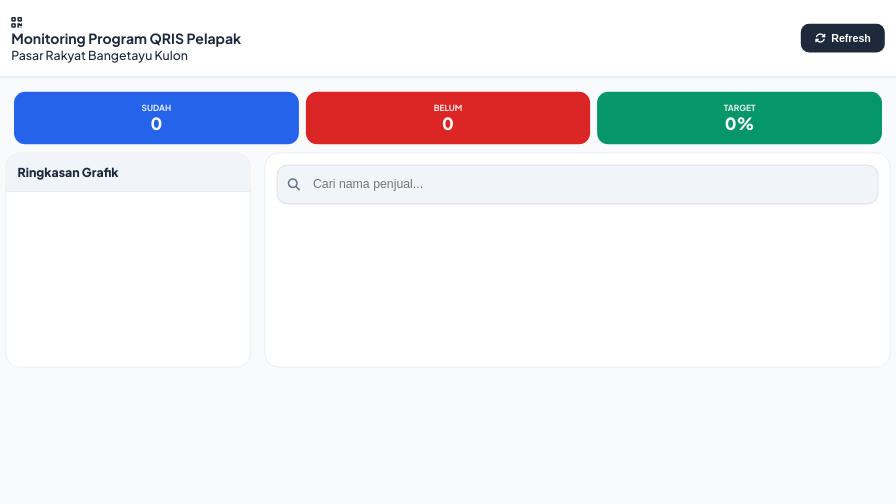
Repository: pasarrakyatbak/monitoringqrispelapak
Page: qris.html
An editor plug-in stored every save of this project. The page is shown before and after the next save, followed by the edit.
The browser window is 1280 px wide. The pictures show the part of the page from y = 0 to 1920 px (the page is 720 px tall before and 3094 px after), at 70% of full size.
The page's requests for data from a server got no answer.

Above is the page before, as saved 2026-01-06 19:38:17.

### qris.html
<!DOCTYPE html>
<html lang="id">

<head>
    <meta charset="UTF-8">
    <meta name="viewport" content="width=device-width, initial-scale=1.0, maximum-scale=1.0">
    <title>Monitoring QRIS - Pelapak</title>
    <link href="https://fonts.googleapis.com/css2?family=Plus+Jakarta+Sans:wght@500;700;800&display=swap"
        rel="stylesheet">
    <link rel="stylesheet" href="https://cdnjs.cloudflare.com/ajax/libs/font-awesome/6.4.0/css/all.min.css">
    <link rel="stylesheet" href="qris.css">
    <script src="https://cdn.jsdelivr.net/npm/chart.js"></script>
</head>

<body>

    <div id="loading-overlay" class="overlay">
        <div class="loader-box">
            <i class="fas fa-circle-notch fa-spin"></i>
            <p>Memuat Data...</p>
        </div>
    </div>

    <div class="app-shell">
        <header class="top-nav">
            <div class="brand">
                <i class="fas fa-qrcode"></i>
                <div>
                    <h1>Monitoring Program QRIS Pelapak</h1>
                    <p>Pasar Rakyat Bangetayu Kulon</p>
                </div>
            </div>
            <button class="refresh-btn" onclick="refreshData()" title="Segarkan Data">
                <i class="fas fa-sync-alt"></i> <span>Refresh</span>
            </button>
        </header>

        <main class="main-content">
            <div class="stat-grid">
                <div class="s-card blue">
                    <p>SUDAH</p>
                    <h3 id="jmlSudah">0</h3>
                </div>
                <div class="s-card rose">
                    <p>BELUM</p>
                    <h3 id="jmlBelum">0</h3>
                </div>
                <div class="s-card emerald">
                    <p>TARGET</p>
                    <h3 id="persenQRIS">0%</h3>
                </div>
            </div>

            <div class="dashboard-layout">
                <section class="panel chart-panel">
                    <div class="panel-header">Ringkasan Grafik</div>
                    <div class="chart-container">
                        <canvas id="chartQRIS"></canvas>
                    </div>
                </section>

                <section class="panel list-panel">
                    <div class="search-bar">
                        <div class="input-group">
                            <i class="fas fa-search"></i>
                            <input type="text" id="searchLapak" placeholder="Cari nama penjual..."
                                onkeyup="filterLapak()">
                        </div>
                    </div>

                    <div id="data-container">
                        <div id="listPelapak" class="list-pelapak"></div>
                    </div>
                </section>
            </div>
        </main>
    </div>

    <div id="toast" class="toast">Data Berhasil Disimpan!</div>

    <script src="qris.js"></script>
</body>

</html>

### qris.css
:root {
    --primary: #2563eb;
    --emerald: #059669;
    --rose: #dc2626;
    --slate-800: #1e293b;
    --white: #ffffff;
    /* Ukuran teks proporsional untuk orang tua */
    --text-xl: 1.5rem;
    /* 24px */
    --text-lg: 1.25rem;
    /* 20px */
    --text-base: 1.1rem;
    /* 18px - Standar teks orang tua */
    --text-sm: 0.95rem;
    /* 15px */
}

* {
    margin: 0;
    padding: 0;
    box-sizing: border-box;
}

body {
    font-family: 'Plus Jakarta Sans', sans-serif;
    background: #f8fafc;
    color: var(--slate-800);
    font-size: var(--text-base);
    /* Default teks besar */
}

/* Loading Overlay Full Screen */
.overlay {
    position: fixed;
    top: 0;
    left: 0;
    width: 100%;
    height: 100%;
    background: rgba(255, 255, 255, 0.9);
    display: flex;
    justify-content: center;
    align-items: center;
    z-index: 9999;
}

.loader-box {
    text-align: center;
    color: var(--primary);
}

.loader-box i {
    font-size: 3rem;
    margin-bottom: 15px;
}

.loader-box p {
    font-weight: 700;
    font-size: var(--text-lg);
}

/* Header & Refresh */
.top-nav {
    display: flex;
    justify-content: space-between;
    align-items: center;
    padding: 20px 16px;
    background: var(--white);
    border-bottom: 2px solid #e2e8f0;
    top: 0;
    z-index: 100;
}

.brand h1 {
    font-size: var(--text-lg);
}

.refresh-btn {
    padding: 12px 20px;
    border-radius: 12px;
    border: none;
    background: var(--slate-800);
    color: white;
    font-weight: 700;
    font-size: var(--text-sm);
    cursor: pointer;
    display: flex;
    align-items: center;
    gap: 8px;
}

/* Stats */
.stat-grid {
    display: grid;
    grid-template-columns: repeat(3, 1fr);
    gap: 10px;
    padding: 12px;
}

.s-card {
    padding: 15px 5px;
    border-radius: 16px;
    text-align: center;
    color: white;
}

.s-card.blue {
    background: #2563eb;
}

.s-card.rose {
    background: #dc2626;
}

.s-card.emerald {
    background: #059669;
}

.s-card h3 {
    font-size: var(--text-xl);
    font-weight: 800;
}

.s-card p {
    font-size: 0.75rem;
    font-weight: 700;
    opacity: 0.9;
}

/* Dashboard Layout */
.main-content {
    padding: 8px;
}

.panel {
    background: white;
    border-radius: 20px;
    border: 1px solid #e2e8f0;
    margin-bottom: 16px;
    overflow: hidden;
}

.panel-header {
    padding: 16px;
    font-weight: 800;
    border-bottom: 1px solid #e2e8f0;
    background: #f1f5f9;
}

/* Card Style for List (Pengganti Table agar tidak geser kanan-kiri) */
.list-pelapak {
    display: flex;
    flex-direction: column;
    gap: 12px;
    padding: 12px;
}

.pelapak-item {
    background: #fff;
    border: 2px solid #f1f5f9;
    padding: 20px;
    border-radius: 18px;
    box-shadow: 0 4px 6px -1px rgba(0, 0, 0, 0.05);
}

.p-name {
    font-size: var(--text-lg);
    font-weight: 700;
    margin-bottom: 15px;
    color: var(--primary);
    display: block;
}

/* Input & Select Besar */
.label-hint {
    display: block;
    font-size: 0.85rem;
    color: #64748b;
    margin-bottom: 6px;
    font-weight: 700;
}

.input-big {
    width: 100%;
    padding: 14px;
    border-radius: 12px;
    border: 2px solid #cbd5e1;
    font-size: var(--text-base);
    margin-bottom: 16px;
    outline: none;
}

.input-big:focus {
    border-color: var(--primary);
}

.btn-simpan {
    width: 100%;
    padding: 16px;
    border-radius: 12px;
    background: var(--primary);
    color: white;
    border: none;
    font-size: var(--text-base);
    font-weight: 800;
    cursor: pointer;
    box-shadow: 0 4px 0 #1e40af;
    /* Efek 3D agar jelas itu tombol */
}

.btn-simpan:active {
    transform: translateY(2px);
    box-shadow: none;
}

.btn-simpan:disabled {
    background: #94a3b8;
    box-shadow: none;
}

/* Search Bar Besar */
.search-bar {
    padding: 16px;
}

.input-group {
    position: relative;
}

.input-group i {
    position: absolute;
    left: 16px;
    top: 50%;
    transform: translateY(-50%);
    color: #64748b;
}

.input-group input {
    width: 100%;
    padding: 16px 16px 16px 50px;
    border-radius: 15px;
    border: 2px solid #e2e8f0;
    font-size: var(--text-base);
    background: #f1f5f9;
}

/* Toast */
.toast {
    position: fixed;
    bottom: 30px;
    left: 50%;
    transform: translateX(-50%);
    background: #1e293b;
    color: white;
    padding: 15px 30px;
    border-radius: 50px;
    font-weight: 700;
    display: none;
    z-index: 10000;
}

/* Grafik Height */
.chart-container {
    height: 250px;
    padding: 16px;
}

@media (min-width: 800px) {
    .dashboard-layout {
        display: grid;
        grid-template-columns: 350px 1fr;
        gap: 20px;
    }

    .list-pelapak {
        display: grid;
        grid-template-columns: 1fr 1fr;
        gap: 16px;
    }
}

### qris.js
const API_URL = "https://script.google.com/macros/s/AKfycby4z2qZ24SrJkcyGpybH29lSUC_3_z1LG-7wSmTzpaOEXrwjXf0Cl3hqkg95qAxPj1-/exec";

let masterData = [];
let chartInstance;

// Fungsi Menampilkan/Sembunyikan Loading Utama
function toggleLoader(show) {
    document.getElementById("loading-overlay").style.display = show ? "flex" : "none";
}

async function init() {
    toggleLoader(true);
    try {
        await Promise.all([fetchData(), fetchStats()]);
    } catch (e) {
        alert("Gagal memuat data. Periksa koneksi internet.");
    } finally {
        toggleLoader(false);
    }
}

async function refreshData() {
    await init();
}

async function fetchData() {
    const res = await fetch(`${API_URL}?action=listQRIS`);
    const json = await res.json();
    masterData = json.data;
    renderData(masterData);
}

async function fetchStats() {
    const res = await fetch(`${API_URL}?action=statistikQRIS`);
    const d = await res.json();

    document.getElementById("jmlSudah").innerText = d.sudah;
    document.getElementById("jmlBelum").innerText = d.belum;
    const p = Math.round((d.sudah / d.totalPelapak) * 100) || 0;
    document.getElementById("persenQRIS").innerText = p + "%";

    drawChart(d.sudah, d.belum);
}

// Render data menggunakan format KARTU (bukan tabel) agar tidak geser kanan kiri
function renderData(data) {
    const container = document.getElementById("listPelapak");
    if (data.length === 0) {
        container.innerHTML = `<p style="text-align:center; padding:20px;">Nama tidak ditemukan...</p>`;
        return;
    }

    container.innerHTML = data.map(d => `
        <div class="pelapak-item">
            <span class="p-name">${d.no}. ${d.nama}</span>

            <label class="label-hint">Nomor Lapak:</label>
            <input type="text" class="input-big" id="lapak-${d.no}" value="${d.nomorLapak || ''}" placeholder="Contoh: A-01">

            <label class="label-hint">Status Pengambilan QRIS:</label>
            <select class="input-big" id="status-${d.no}">
                <option value="Belum" ${d.statusQRIS === 'Belum' ? 'selected' : ''}>❌ BELUM AMBIL QRIS</option>
                <option value="Sudah" ${d.statusQRIS === 'Sudah' ? 'selected' : ''}>✅ SUDAH AMBIL QRIS</option>
            </select>

            <button class="btn-simpan" id="btn-${d.no}" onclick="updateData(${d.no})">
                <i class="fas fa-save"></i> SIMPAN PERUBAHAN
            </button>
        </div>
    `).join('');
}

async function updateData(no) {
    const btn = document.getElementById(`btn-${no}`);
    const lp = document.getElementById(`lapak-${no}`).value;
    const st = document.getElementById(`status-${no}`).value;

    // Loading pada tombol
    const originalText = btn.innerHTML;
    btn.disabled = true;
    btn.innerHTML = `<i class="fas fa-spinner fa-spin"></i> MENYIMPAN...`;

    try {
        await fetch(`${API_URL}?action=updateQRISPelapak&no=${no}&nomorLapak=${encodeURIComponent(lp)}&statusQRIS=${st}`, { method: "POST" });
        showToast();
        await Promise.all([fetchData(), fetchStats()]); // Refresh data tanpa overlay full
    } catch (e) {
        alert("Gagal menyimpan data.");
    } finally {
        btn.disabled = false;
        btn.innerHTML = originalText;
    }
}

function drawChart(s, b) {
    const ctx = document.getElementById("chartQRIS");
    if (chartInstance) chartInstance.destroy();

    chartInstance = new Chart(ctx, {
        type: 'doughnut',
        data: {
            labels: ['Sudah', 'Belum'],
            datasets: [{
                data: [s, b],
                backgroundColor: ['#2563eb', '#f43f5e'],
                borderWidth: 0
            }]
        },
        options: {
            maintainAspectRatio: false,
            plugins: {
                legend: {
                    position: 'bottom',
                    labels: { font: { size: 14, weight: 'bold', family: 'Plus Jakarta Sans' }, padding: 20 }
                }
            }
        }
    });
}

function filterLapak() {
    const val = document.getElementById("searchLapak").value.toLowerCase();
    const filtered = masterData.filter(x => x.nama.toLowerCase().includes(val));
    renderData(filtered);
}

function showToast() {
    const t = document.getElementById("toast");
    t.style.display = "block";
    setTimeout(() => t.style.display = "none", 3000);
}

document.addEventListener("DOMContentLoaded", init);

After the next save:
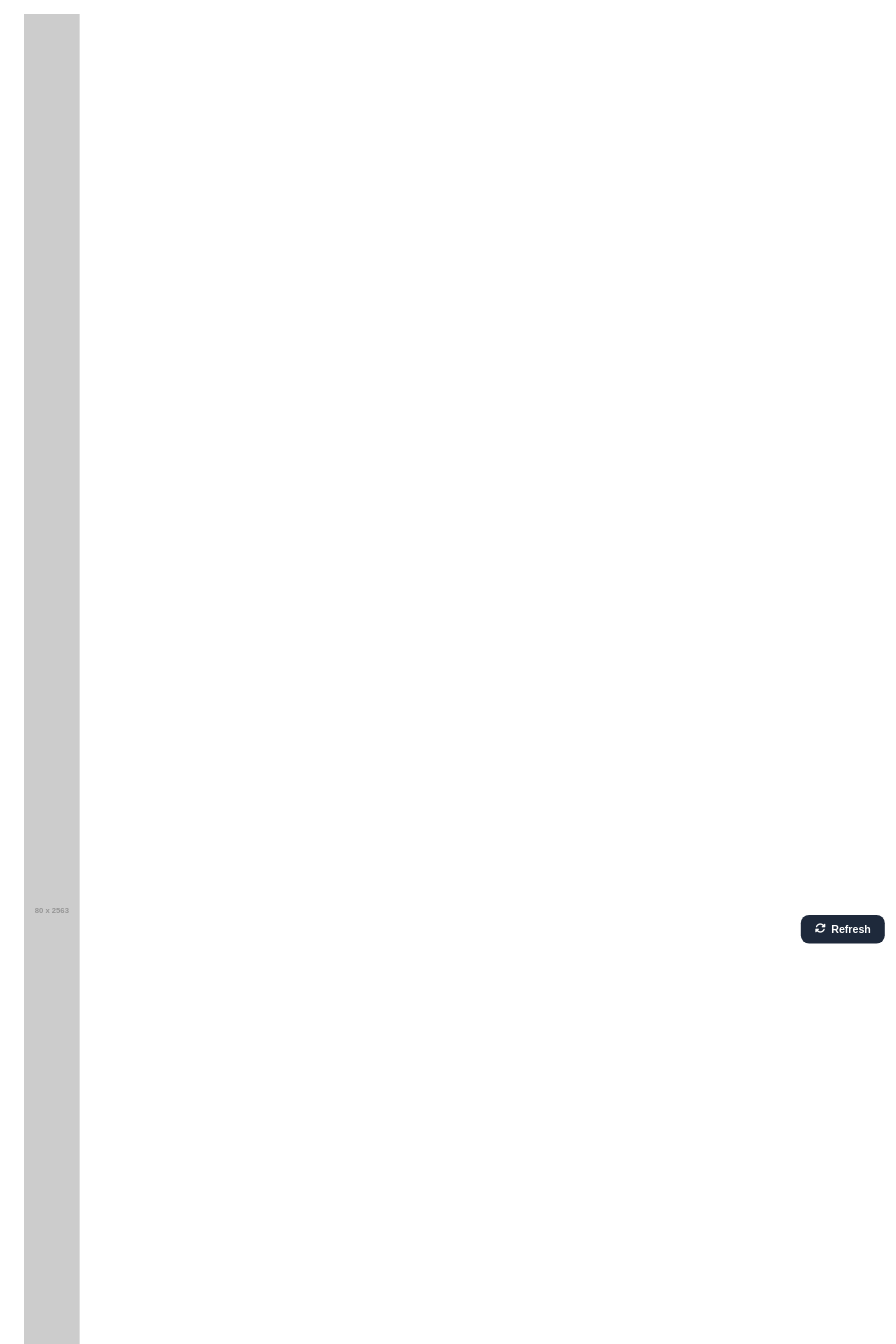
Saved 8 min 21 s later.
--- a/qris.html
+++ b/qris.html
@@ -25,6 +25,7 @@
         <header class="top-nav">
             <div class="brand">
                 <i class="fas fa-qrcode"></i>
+                <img src="https://via.placeholder.com/80/2563eb/ffffff?text=PASAR" alt="Logo Pasar Rakyat" class="brand-logo">
                 <div>
                     <h1>Monitoring Program QRIS Pelapak</h1>
                     <p>Pasar Rakyat Bangetayu Kulon</p>
